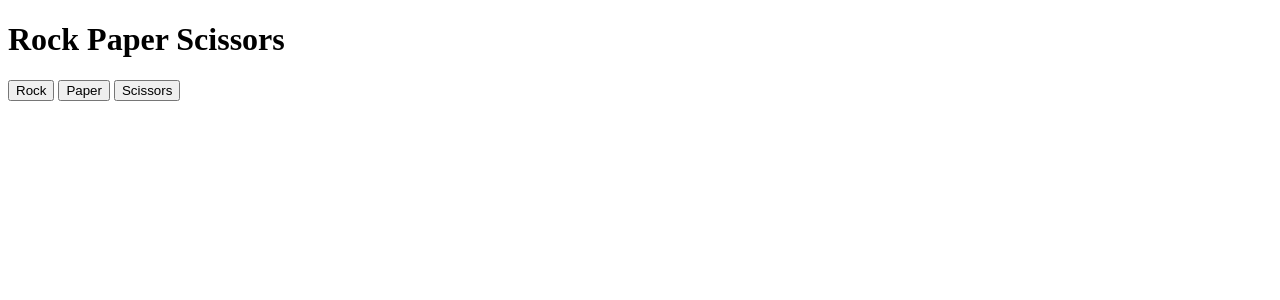
Repository: pgyunknown/Rock_paper_scissors-
Page: index.html
The author's editor kept a copy of each file at every save. The page is drawn from the files as they stood at one save, then again after a run of saves.
The browser window is 1280 px wide. The pictures show the whole page.

Above is the page before, as saved 2024-08-19 21:42:34.

### index.html
<!DOCTYPE html>
<html lang="en">
<head>
  <meta charset="UTF-8">
  <meta name="viewport" content="width=device-width, initial-scale=1.0">
  <title>Document</title>
</head>
<body>
  <h1>Rock Paper Scissors</h1>
  <button onclick="const randomNumber=Math.random">Rock</button>
  <button>Paper</button>
  <button>Scissors</button>
</body>
</html>

After the next 2 saves:
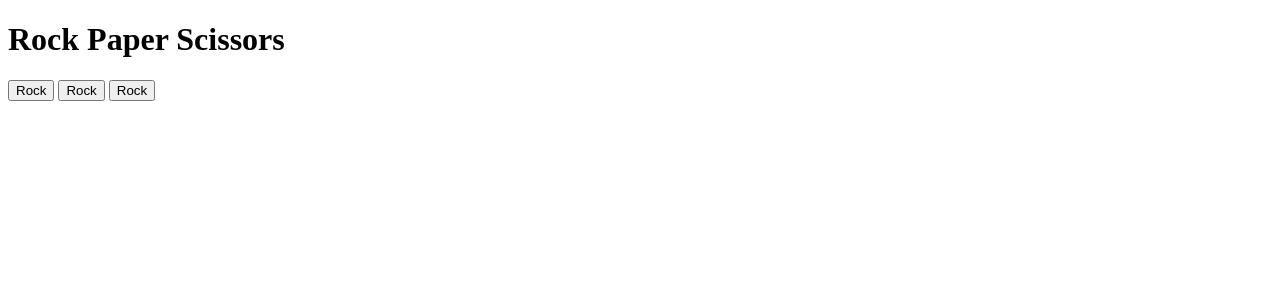
The 2 saves are shown as one change because they came seconds apart.
The last was saved 19 s later.
--- a/index.html
+++ b/index.html
@@ -8,7 +8,7 @@
 <body>
   <h1>Rock Paper Scissors</h1>
   <button onclick="const randomNumber=Math.random">Rock</button>
-  <button>Paper</button>
-  <button>Scissors</button>
+  <button onclick="const randomNumber=Math.random">Rock</button>
+  <button onclick="const randomNumber=Math.random">Rock</button>
 </body>
 </html>
